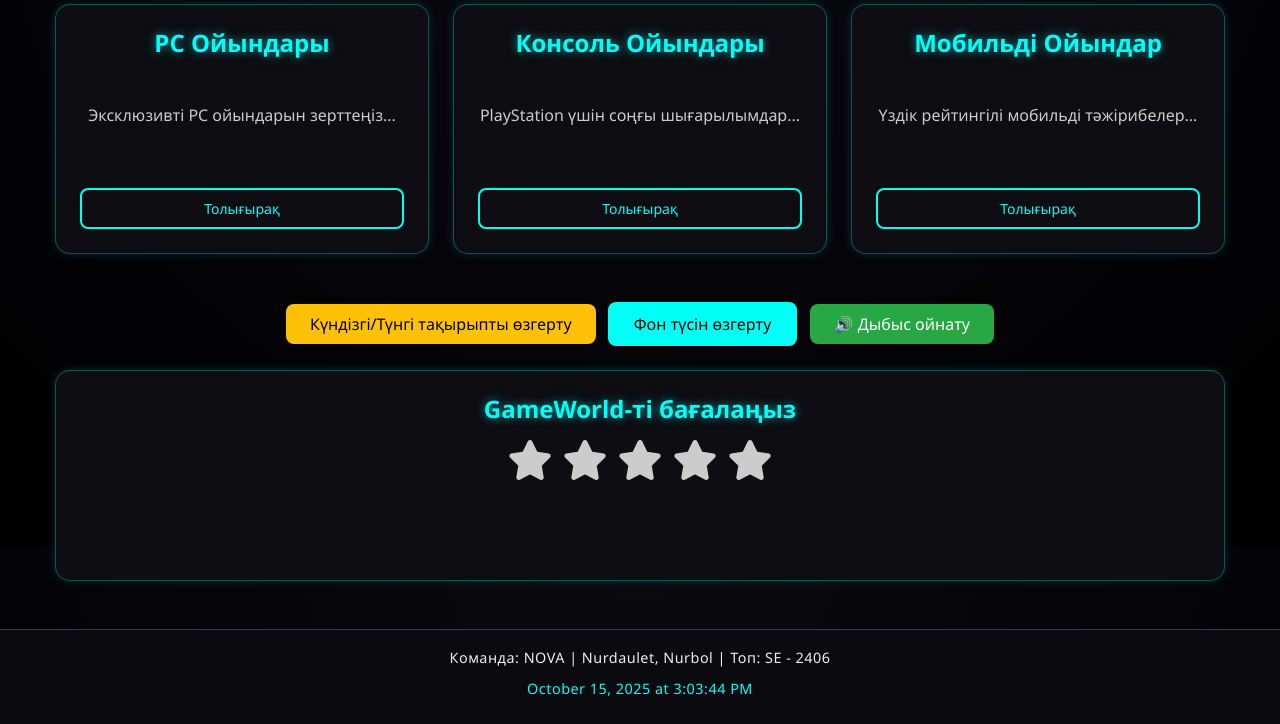
Repository: nurbo323/Final
Page: index.html
An editor plug-in stored every save of this project. The page is shown before and after a run of saves, followed by the edit.
The browser window is 1280 px wide. The pictures show the part of the page from y = 1615 to 2431 px (the page is 2339 px tall before and 2431 px after).
A picture or video elsewhere on the page could not be fetched, so the positions and the page height are approximate. Backgrounds fixed to the window are drawn as part of the page.

Above is the page before, as saved 2025-11-04 16:47:04.

After the next 2 saves:
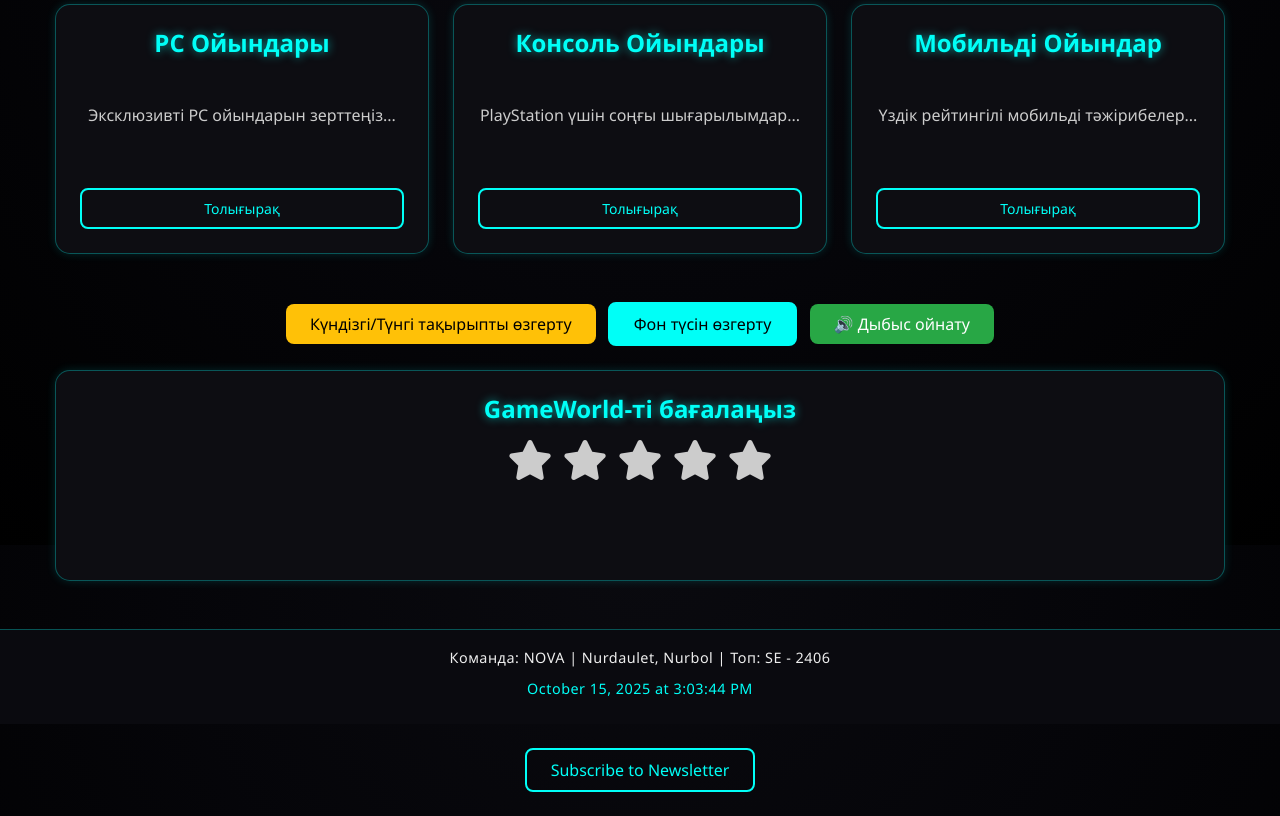
The 2 saves are shown as one change because they came seconds apart.
The last was saved 2 min 27 s later.
--- a/index.html
+++ b/index.html
@@ -199,6 +199,27 @@
   <p id="datetime" class="text-info"></p>
 </footer>
 
+<!-- ============================================
+     ASSIGNMENT 8: SUBSCRIBE POPUP BUTTON
+     ============================================ -->
+
+<!-- Popup Subscribe Button -->
+<div class="text-center my-4">
+  <button class="btn btn-outline-info subscribe-popup-btn">Subscribe to Newsletter</button>
+</div>
+
+<!-- Popup Window Modal -->
+<div id="popup" class="popup">
+  <div class="popup-content bg-dark text-light p-4 rounded shadow-lg">
+    <span class="close-popup">&times;</span>
+    <h4 class="text-info mb-3">Subscribe to GameWorld</h4>
+    <p class="text-secondary">Get the latest gaming news and updates!</p>
+    <input type="email" class="form-control mb-3" id="subscribeEmail" placeholder="Enter your email" style="background-color: #0d0d12; border: 1px solid rgba(0, 255, 247, 0.3); color: #eee;">
+    <button class="btn btn-info w-100" id="subscribeBtn">Submit</button>
+  </div>
+</div>
+
+
 
 <script src="https://cdn.jsdelivr.net/npm/bootstrap@5.3.0/dist/js/bootstrap.bundle.min.js"></script>
 <script src="script.js"></script>
